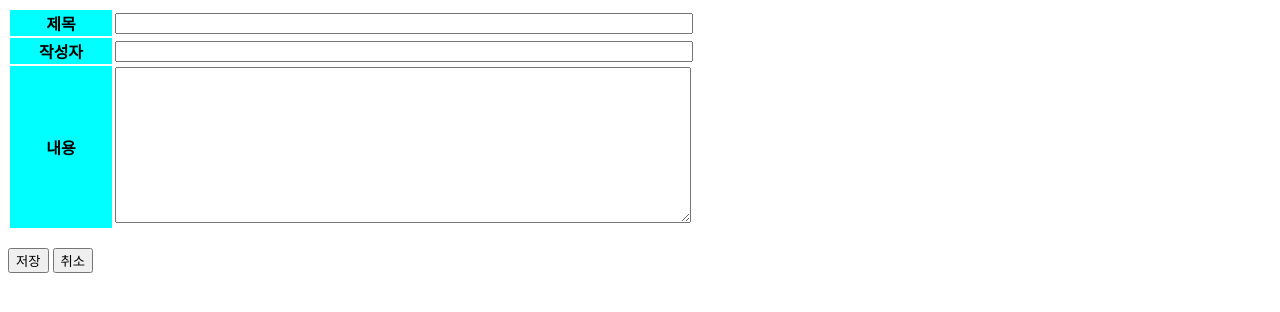
Repository: kdh2212/KDT_code
Page: http://localhost/20250808Web/boardUpdateWrite.jsp
An editor plug-in stored every save of this project. The page is shown before and after the next save, followed by the edit.
The browser window is 1280 px wide. The pictures show the whole page.
The page is served by Tomcat 9. Other server files are loaded and not shown. Queries for data that is not in the repository find no rows.

Above is the page before, as saved 2025-08-07 23:35:27.

### 20250808Web/src/main/webapp/boardUpdateWrite.jsp
<%@ page language="java" contentType="text/html; charset=UTF-8"
    pageEncoding="UTF-8"%>
<%@ page import="java.sql.*, javax.sql.*" %>
<!DOCTYPE html>
<html>
<head>
    <meta charset="UTF-8">
    <style>
        table { width:680px; text-align:center; }
        th    { width:100px; background-color:cyan; }
        input[type=text], textarea { width:100%; }
    </style>
</head>
<body>
<form method="post" action="boardWriteResult.jsp">
    <table>
<%
Connection conn = null;
Statement stmt = null;
ResultSet rs = null;
String num = request.getParameter("num");
String writer = "";
String title = "";
String content = "";
try {
    Class.forName("com.mysql.cj.jdbc.Driver");
    conn = DriverManager.getConnection("jdbc:mysql://localhost:3305/du08", "root", "1234");
    stmt = conn.createStatement();
    rs = stmt.executeQuery("SELECT * FROM board where num=" + num);
    while (rs.next()) {
    	 title = rs.getString("title");
         writer = rs.getString("writer");
         content = rs.getString("content");
%>
<%
    }
} catch (SQLException e) {
    out.println("데이터베이스 오류: " + e.getMessage());
} catch (ClassNotFoundException e) {
    out.println("드라이버를 찾을 수 없습니다: " + e.getMessage());
} finally {
    try {
        if (rs != null) rs.close();
        if (stmt != null) stmt.close();
        if (conn != null) conn.close();
    } catch (SQLException e) {
        out.println("리소스를 닫는 도중 오류 발생: " + e.getMessage());
    }
}
%>

        <tr>
            <th>제목</th>
            <td><input type="text" name="title"  maxlength="80"
                       value="<%=title %>">
            </td>
        </tr>
        <tr>
            <th>작성자</th>
            <td><input type="text" name="writer" maxlength="20"
                       value="<%=writer %>">
            </td>
        </tr>
        <tr>
            <th>내용</th>
            <td><textarea name="content" rows="10"><%=content %></textarea>
            </td>
        </tr>
    </table>

    <br>
    <input type="submit" value="저장">
    <input type="button" value="취소" onclick="history.back()">
</form>

</body>
</html>

After the next save:
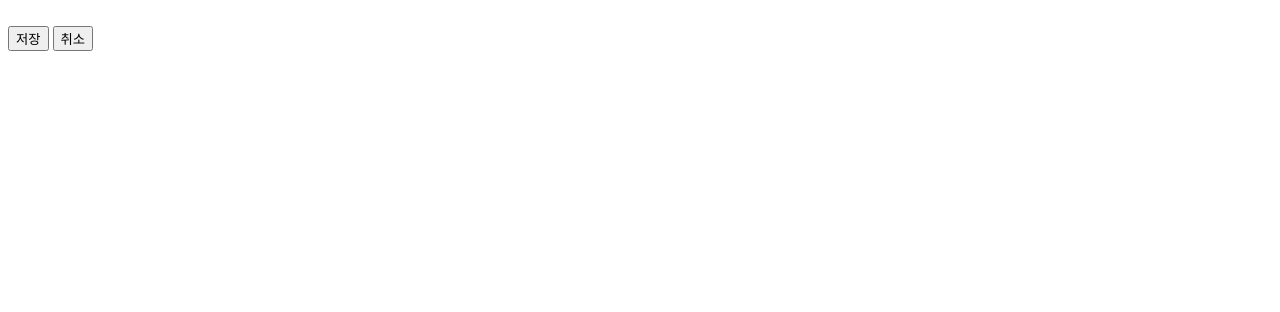
Saved 10 s later.
--- a/20250808Web/src/main/webapp/boardUpdateWrite.jsp
+++ b/20250808Web/src/main/webapp/boardUpdateWrite.jsp
@@ -32,22 +32,6 @@ try {
          writer = rs.getString("writer");
          content = rs.getString("content");
 %>
-<%
-    }
-} catch (SQLException e) {
-    out.println("데이터베이스 오류: " + e.getMessage());
-} catch (ClassNotFoundException e) {
-    out.println("드라이버를 찾을 수 없습니다: " + e.getMessage());
-} finally {
-    try {
-        if (rs != null) rs.close();
-        if (stmt != null) stmt.close();
-        if (conn != null) conn.close();
-    } catch (SQLException e) {
-        out.println("리소스를 닫는 도중 오류 발생: " + e.getMessage());
-    }
-}
-%>
 
         <tr>
             <th>제목</th>
@@ -66,6 +50,23 @@ try {
             <td><textarea name="content" rows="10"><%=content %></textarea>
             </td>
         </tr>
+<%
+    }
+} catch (SQLException e) {
+    out.println("데이터베이스 오류: " + e.getMessage());
+} catch (ClassNotFoundException e) {
+    out.println("드라이버를 찾을 수 없습니다: " + e.getMessage());
+} finally {
+    try {
+        if (rs != null) rs.close();
+        if (stmt != null) stmt.close();
+        if (conn != null) conn.close();
+    } catch (SQLException e) {
+        out.println("리소스를 닫는 도중 오류 발생: " + e.getMessage());
+    }
+}
+%>
+
     </table>
 
     <br>
